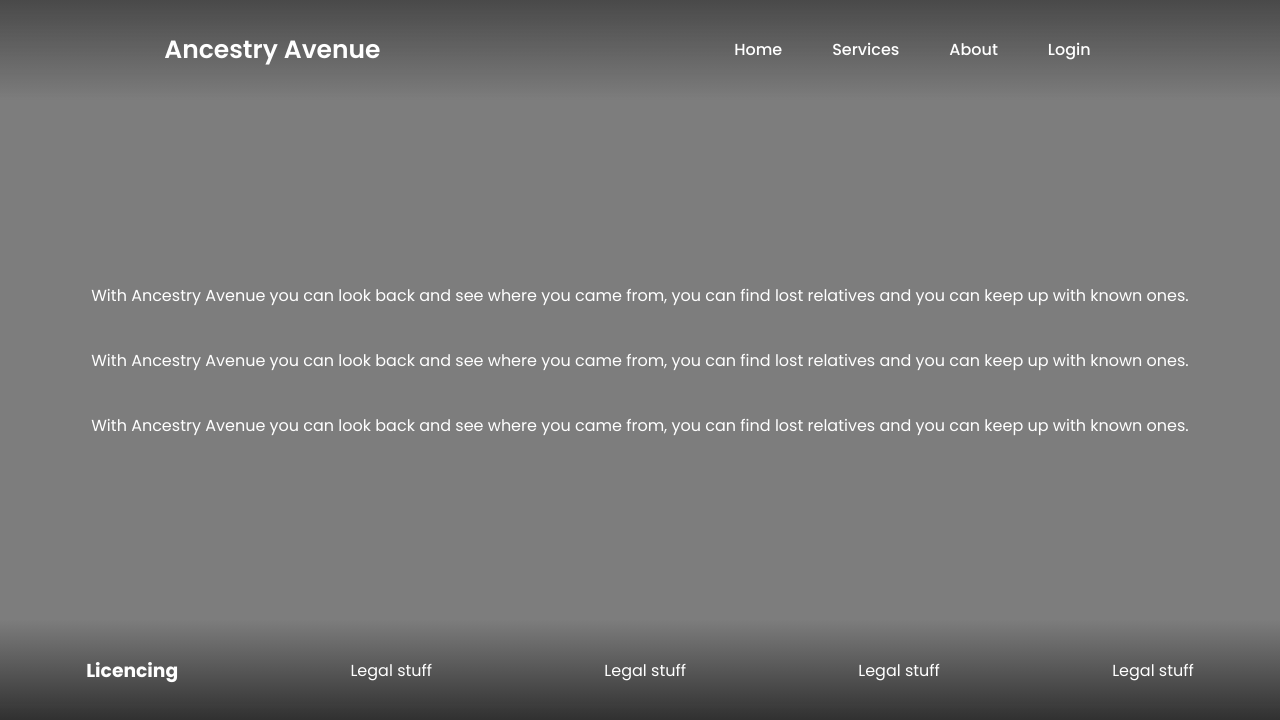
Repository: Erik-Paulin/24wuab
Page: services.html
These files come from the project's save history. The page is drawn as it stood at one moment and after a run of saves; the edit follows.
The browser window is 1280 px wide. The pictures show the whole page.

Above is the page before, as saved 2024-05-04 17:27:27.
Console error: TypeError: Cannot read properties of null (reading 'addEventListener')

### services.html
<!DOCTYPE html>
<html lang="en">
  <head>
    <meta charset="UTF-8" />
    <meta http-equiv="X-UA-Compatible" content="IE=edge" />
    <meta name="viewport" content="width=device-width, initial-scale=1.0" />
    <link
      href="https://unpkg.com/boxicons@2.1.4/css/boxicons.min.css"
      rel="stylesheet"
    />
    <link rel="stylesheet" href="css/styles.css" />
    <title>Services</title>
  </head>

  <body id="services">
    <div class="wrapper">
      <nav class="nav">
        <div class="nav-logo">
          <p>Ancestry Avenue</p>
        </div>
        <div class="nav-menu" id="navMenu">
          <ul>
            <li><a href="index.html" class="link">Home</a></li>
            <li><a href="services.html" class="link">Services</a></li>
            <li><a href="The-team.html" class="link">About</a></li>
            <li><a href="login.html" class="link">Login</a></li>
          </ul>
        </div>
        <div class="nav-menu-btn">
          <i class="bx bx-menu"></i>
        </div>
      </nav>

      <div class="Wrapper">
        <main class="options">
          <div>
            <h1>

            </h1>
          </div>
          <div>
            <div>

            </div>
            <div class="info">
              <h3>

              </h3>
              <p>
                With Ancestry Avenue you can look back and see where you came
                from, you can find lost relatives and you can keep up with known
                ones.
              </p>
            </div>
          </div>
          <div>
            <div>

            </div>
            <div class="info">
              <p>
                With Ancestry Avenue you can look back and see where you came
                from, you can find lost relatives and you can keep up with known
                ones.
              </p>
            </div>
          </div>
          <div>
            <div>

            </div>
            <div class="info">
              <p>
                With Ancestry Avenue you can look back and see where you came
                from, you can find lost relatives and you can keep up with known
                ones.
              </p>
            </div>
          </div>
        </main>
      </div>
      <footer class="foot">
        <h3>Licencing</h3>
        <p>Legal stuff</p>
        <p>Legal stuff</p>
        <p>Legal stuff</p>
        <p>Legal stuff</p>
      </footer>
    </div>
    <script src="js/main.js"></script>
  </body>
</html>

### css/styles.css
/* Majoriteten av css filen tar stor inspiration från andra projekt och intruktionsfilmer från t.ex youtube*/

/* POPPINS FONT */
@import url('https://fonts.googleapis.com/css2?family=Poppins:wght@400;500;600;700&display=swap');

*{
    margin: 0;
    padding: 0;
    box-sizing: border-box;
    font-family: 'Poppins', sans-serif;
}
body{
    background: rgba(39, 39, 39, 0.6);
    color: white;
}
.wrapper{
    justify-content: center;
    justify-items: center;
    height: 100vh;
    width: 100%;
    display: grid;
    grid-template-rows: 100px 19fr 100px;
    grid-template-areas:
    'nav'
    'main'
    'foot'
}
.asswrapper{
    justify-content: center;
    justify-items: center;
    height: 100vh;
    width: 100%;
    display: grid;
    grid-template-rows: 100px 19fr 100px;
    grid-template-areas:
    'nav'
    'main'
    'foot'
}
.nav{
    grid-area: nav;
    position: fixed;
    top: 0;
    display: flex;
    justify-content: space-around;
    width: 100%;
    height: 100px;
    line-height: 100px;
    background: linear-gradient(rgba(39,39,39, 0.6), transparent);
    z-index: 100;
}
.nav-logo p{
    color: white;
    font-size: 25px;
    font-weight: 600;
}
.nav-menu ul{
    display: flex;
}
.nav-menu ul li{
    list-style-type: none;
}
.nav-menu ul li .link{
    text-decoration: none;
    font-weight: 500;
    color: #fff;
    padding-bottom: 15px;
    margin: 0 25px;
}
.link:hover, .active{
    border-bottom: 2px solid #fff;
}
.btn{
    display: flex;
    align-self:center;
    align-items:center;
    justify-content: center;
    width: 130px;
    height: 40px;
    font-weight: 500;
    background: rgba(255, 255, 255, 0.4);
    border: none;
    border-radius: 30px;
    cursor: pointer;
    transition: .3s ease;
}
.btn:hover{
    background: rgba(255, 255, 255, 0.3);
}
#registerBtn{
    margin-left: 15px;
}
.btn.white-btn{
    background: rgba(255, 255, 255, 0.7);
}
.btn.btn.white-btn:hover{
    background: rgba(255, 255, 255, 0.5);
}
.nav-menu-btn{
    display: none;
}

.form-box{
    position: fixed;
    display: flex;
    align-items: center;
    justify-content: center;
    width: 512px;
    height: 420px;
    z-index: 2;
}
.login-container{
    position: absolute;
    left: 4px;
    width: 1fr;
    display: flex;
    flex-direction: column;
    transition: .5s ease-in-out;
}
.register-container{
    position: absolute;
    right: -520vw;
    width: 500px;
    display: flex;
    flex-direction: column;
    transition: .5s ease-in-out;
}
.top span{
    color: #fff;
    font-size: small;
    padding: 10px 0;
    display: flex;
    justify-content: center;
}
.top span a{
    font-weight: 500;
    color: #fff;
    margin-left: 5px;
}
header{
    color: #fff;
    font-size: 30px;
    text-align: center;
    padding: 10px 0 30px 0;
}
.two-forms{
    display: flex;
    gap: 10px;
}
.input-field{
    font-size: 15px;
    background: rgba(255, 255, 255, 0.2);
    color: #fff;
    height: 50px;
    width: 100%;
    padding: 0 10px 0 45px;
    border: none;
    border-radius: 30px;
    outline: none;
    transition: .2s ease;
}
.input-field:hover, .input-field:focus{
    background: rgba(255, 255, 255, 0.25);
}
::-webkit-input-placeholder{
    color: #fff;
}
.input-box i{
    position: relative;
    top: -35px;
    left: 17px;
    color: #fff;
}
.submit{
    font-size: 15px;
    font-weight: 500;
    color: black;
    height: 45px;
    width: 100%;
    border: none;
    border-radius: 30px;
    outline: none;
    background: rgba(255, 255, 255, 0.7);
    cursor: pointer;
    transition: .3s ease-in-out;
}
.submit:hover{
    background: rgba(255, 255, 255, 0.5);
    box-shadow: 1px 5px 7px 1px rgba(0, 0, 0, 0.2);
}
.two-col{
    display: flex;
    justify-content: space-between;
    color: #fff;
    font-size: small;
    margin-top: 10px;
}
.two-col .one{
    display: flex;
    gap: 5px;
}
.two label a{
    text-decoration: none;
    color: #fff;
}
.two label a:hover{
    text-decoration: underline;
}
.foot{
    height: 100px;
    width: 100%;
    display: flex;
    align-self:center;
    align-items:center;
    justify-content: space-around;
    background: linear-gradient(0deg,rgba(30,30,30, 0.8), transparent);
    position: fixed;
    bottom: 0;
}

.Wrapper{
    width: 100%;
    grid-area: main;
    display: flex;
    flex-direction: column;
    align-items: center;
    justify-content:center;
    padding: 50px;
}
.Associates{
    display: grid;
    gap: 15px;
    grid-area: asmn;
    height: 100%;
    width: 100%;
    grid-template-rows: 100px 5fr 5fr 1fr;
    grid-template-areas:
    'nv'
    'one'
    'two'
    'ft'
}
.nv{
    grid-area: nv;
    height: 100px;
}
.profile{
    justify-self: start;
}
img{
    display: grid;
    grid-area: img;
    object-fit: cover;
    width: 100%;
    max-height: 100%;
}
.info{
    grid-area: info;
}

@media (min-width: 851px) {
    .one1{
        height: 100%;
        width: 100%;
        grid-area: one;
        display: grid;
        border-style: solid;
        border-color: white;
        padding: 10px;
        border-width: 5px;
        border-radius: 5px;
        align-items: center;
        justify-items: end;
        grid-template-columns: 2fr 4fr;
        grid-template-areas:
        'img info'
    }
    .two2{
        grid-area: two;
        display: grid;
        border-style: solid;
        border-color: white;
        padding: 10px;
        border-width: 5px;
        border-radius: 5px;
        align-items: center;
        justify-items: end;
        grid-template-columns: 2fr 4fr;
        grid-template-areas:
        'img info'
    }
    .info{
        grid-area: info;
        padding: 20px;
    }
}
@media (max-width: 850px) {
    .wrapper{
        height: 100vh;
        width: 100%;
        display: grid;
        grid-template-rows: 3fr 19fr 5fr;
        grid-template-areas:
        'nav'
        'main'
        'foot'
    }
    .Wrapper{
        width:100%;
        padding: 50px
    }
    .form-box{
        width: 100%;
        height: 500px;
    }
    .register-container, .login-container{
        align-self: center;
        justify-self: center;
        width: 100%;
        padding: 0 20px;
    }
    .register-container .two-forms{
        flex-direction: column;
        gap: 0;
    }
    .nav-button{
        display: none;
    }
    .nav-menu.responsive{
        top: 100px;
    }
    .nav-menu{
        position: absolute;
        top: -2000px;
        display: flex;
        justify-content: center;
        background: rgba(255, 255, 255, 0.2);
        width: 100%;
        height: 90vh;
        backdrop-filter: blur(20px);
        transition: .3s;
    }
    .nav-menu ul{
        flex-direction: column;
        text-align: center;
    }
    .nav-menu-btn{
        display: block;
    }
    .nav-menu-btn i{
        font-size: 25px;
        color: #fff;
        padding: 10px;
        background: rgba(255, 255, 255, 0.2);
        border-radius: 50%;
        cursor: pointer;
        transition: .3s;
    }
    .nav-menu-btn i:hover{
        background: rgba(255, 255, 255, 0.15);
    }
    .foot{
        font-size: 70%;
    }
    .Associates{
        display: grid;
        gap: 10px;
        grid-area: asmn;
        height: 100vh;
        width: 100%;
        grid-template-rows: 100px 1fr 1fr 100px;
        grid-template-areas:
        'nv'
        'one'
        'two'
        'ft'
    }
    .one1{
        height: 1fr;
        width: 100%;
        grid-area: one;
        display: grid;
        border-style: solid;
        border-color: white;
        padding: 5px;
        border-width: 5px;
        border-radius: 5px;
        align-items: center;
        justify-items: end;
        grid-template-areas:
        'img'
        'info'
    }
    .two2{
        height: 1fr;
        width: 100%;
        grid-area: two;
        display: grid;
        border-style: solid;
        border-color: white;
        padding: 5px;
        border-width: 5px;
        border-radius: 5px;
        align-items: center;
        justify-items: end;
        grid-template-areas:
        'img'
        'info'
    }
    img{
        display: grid;
        align-self:start;
        grid-area: img;
        object-fit: cover;
        width: 100%;
        max-height: 100%;
    }
}
@media (max-width: 300px) {
    .wrapper{
        width: 100%;
    }
    .form-box{
        width: 100%;
        height: 500px;
    }
    .register-container, .login-container{
        align-self:center;
        justify-self: center;
        width: 100%;
        padding: 0 20px;
    }
    .register-container .two-forms{
        flex-direction: column;
        gap: 0;
    }
    .one1{
        height: 100%;
        width: 100%;
        grid-area: one;
        display: grid;
        border-style: solid;
        border-color: white;
        padding: 20px;
        border-width: 5px;
        border-radius: 5px;
        padding-right: 10px;
        align-items: center;
        justify-items: end;
        grid-template-columns: 2fr 4fr;
        grid-template-areas:
        'img'
        'info'
    }
    .two2{
        grid-area: two;
        display: grid;
        border-style: solid;
        border-color: white;
        padding: 20px;
        border-width: 5px;
        border-radius: 5px;
        padding-right: 10px;
        align-items: center;
        justify-items: end;
        grid-template-rows: 2fr 1fr 4fr;
        grid-template-areas:
        'img'
        'fr'
        'info'
    }
}

### js/main.js
let menuBtn = document.querySelector(".nav-menu-btn")
menuBtn.addEventListener("click",myMenuFunction)

let loginBtn = document.querySelector("#loginBtn")
loginBtn.addEventListener("click",login)

let registerBtn = document.querySelector("#registerBtn")
registerBtn.addEventListener("click",register)

var a = document.getElementById("loginBtn");
var b = document.getElementById("registerBtn");
var x = document.getElementById("login");
var y = document.getElementById("register");

// Functions är till stor del lånade med specifiering gjort av mig

function myMenuFunction() {
  var i = document.getElementById("navMenu");

  if (i.className === "nav-menu") {
    i.className += " responsive";
  } else {
    i.className = "nav-menu";
  }
}

function login() {
  x.style.left = "4px";
  y.style.right = "-520px";
  a.className += " white-btn";
  b.className = "btn";
  x.style.opacity = 1;
  y.style.opacity = 0;
}

function register() {
  x.style.left = "-510px";
  y.style.right = "5px";
  a.className = "btn";
  b.className += " white-btn";
  x.style.opacity = 0;
  y.style.opacity = 1;
}

After the next 2 saves:
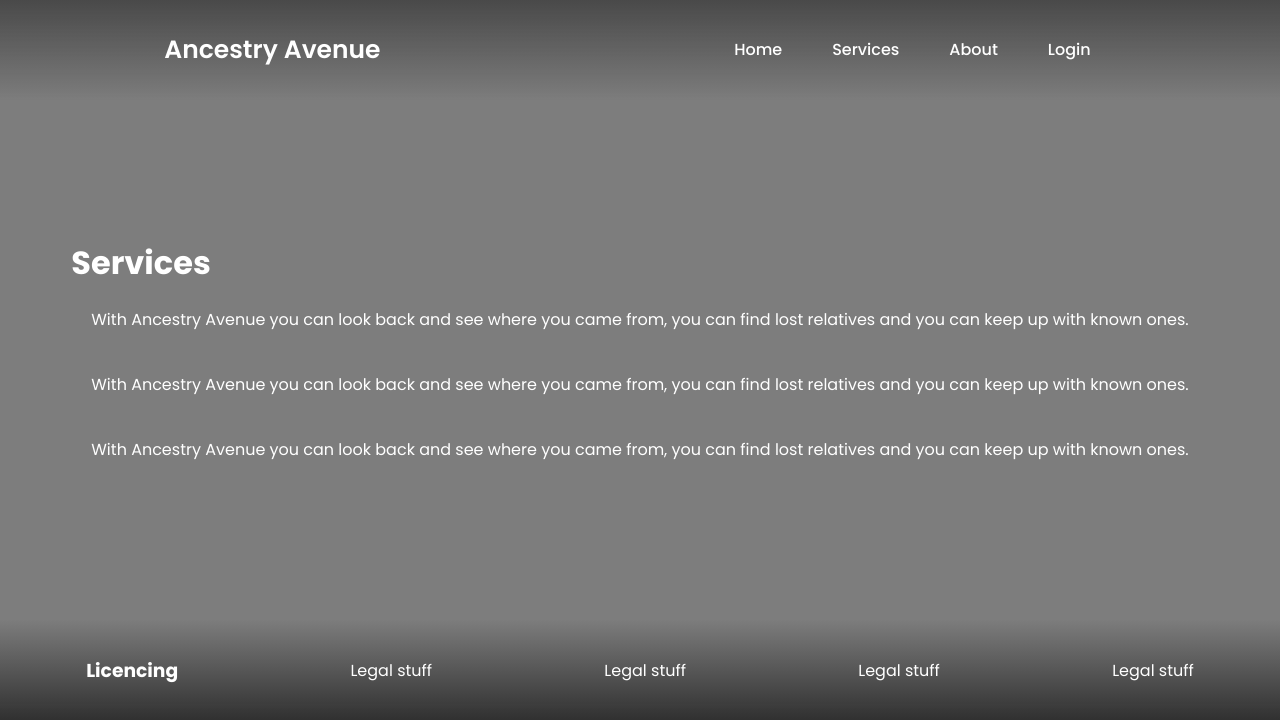
The 2 saves are shown as one change because they came seconds apart.
The last was saved 12 s later.
--- a/services.html
+++ b/services.html
@@ -35,7 +35,7 @@
         <main class="options">
           <div>
             <h1>
-
+              Services
             </h1>
           </div>
           <div>
